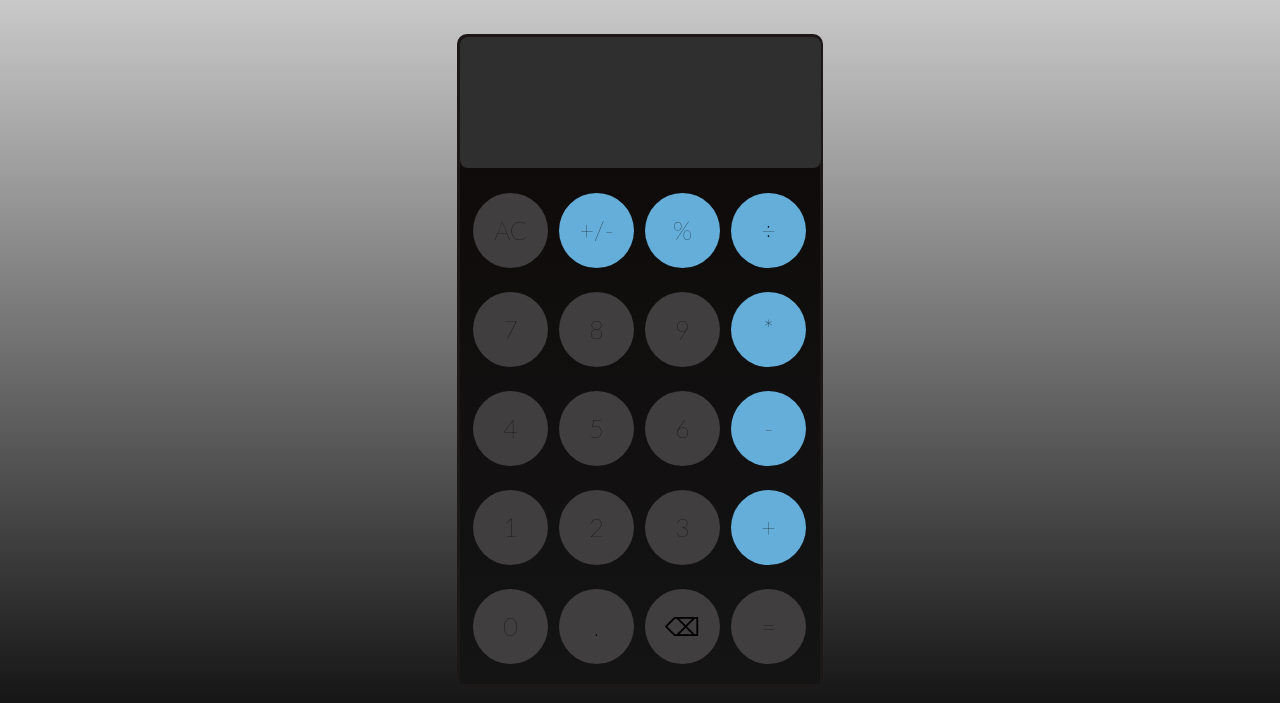
Repository: MhlengiNgubane/BrainnestJsTwo
Page: index.html
The author's editor kept a copy of each file at every save. The page is drawn from the files as they stood at one save, then again after the next save.
The browser window is 1280 px wide. The pictures show the whole page.

Above is the page before, as saved 2022-09-12 09:55:41.

### index.html
<!DOCTYPE html>
<html lang="en">
<head>
    <meta charset="UTF-8">
    <meta http-equiv="X-UA-Compatible" content="IE=edge">
    <meta name="viewport" content="width=device-width, initial-scale=1.0">
    <title>CALCULATOR</title>

    <link rel="stylesheet" href="style.css">
</head>
    <body>
            <div class="container">
                <input type="text" class="input" value="" disabled />
                <div class="buttons">
                    <button value="AC" class="ac clear">AC</button>
                    <button value="+/-" class="oper plusMinus">+/-</button>
                    <button value="%" class="oper percent">%</button>
                    <button value="/" class="oper operator">&divide</button>

                    <button value="7" class="number">7</button>
                    <button value="8" class="number">8</button>
                    <button value="9" class="number">9</button>
                    <button value="*" class="oper operator">*</button>

                    <button value="4" class="number">4</button>
                    <button value="5" class="number">5</button>
                    <button value="6" class="number">6</button>
                    <button value="-" class="oper operator">-</button>

                    <button value="1" class="number">1</button>
                    <button value="2" class="number">2</button>
                    <button value="3" class="number">3</button>
                    <button value="+" class="oper operator">+</button>

                    <button value="0" class="zero number">0</button>
                    <button value="." class="decimal">.</button>
                    <button value="DEL" class="delete">⌫</button>
                    <button value="=" class="equal operator">=</button>
                </div>
            </div>

        <script src="App.js"></script>
    </body>
</html>

### style.css
* {
    border: 0;
    margin: 0;
    padding: 0;
    font-family: 'lato';
    font-weight: 100;
}

body{
    font-family: 'Roboto';
    font-weight: 400;
    background: linear-gradient(360deg, #141414 1.56%, rgba(0, 0, 0, 0.21) 100%);
    width: 100%;
    height: 100vh;
    display: flex;
    flex-direction: column;
    align-items: center;
    justify-content: center;
}



.container{
    align-items: center;
    margin: auto;
    margin-top: 60px;
    width: 360px;
    border: 20px;
    border: 3px solid #1d1818;
    background-color: #130e0e;
    border-radius: 10px;
    margin-bottom: 60px;
}

.input{
    position: relative;
    width: 355px;
    height: 125px;
    border: 3px solid #2f2f2f;
    text-align: right;
    border-radius: 8px;
    background-color: #2f2f2f;
    color: #fff;
    font-size: 60px;
}

.buttons{
    display: grid;
    grid-template-columns: repeat(4, 1fr);
    row-gap: 10px;
    column-gap: 10px;
    background: linear-gradient(360deg, #141414 1.56%, rgba(0, 0, 0, 0.21) 100%);
    padding: 18px 13px 13px 13px;
}

button{
    border: 1;
    outline: none;
    height: 75px;
    width: 75px;
    border-radius: 70px;
    text-align: center;
    margin-top: 7px;
    margin-bottom: 7px;
    font-size: 25px;
    background-color: #403e3e;
}

.oper {
    background-color: #64aed9;
}

### App.js
function add(firstNumber, secondNumber){
  return firstNumber + secondNumber;
}
function subtract(firstNumber, secondNumber){
  return firstNumber - secondNumber;
}
function multiply(firstNumber, secondNumber){
  return firstNumber * secondNumber;
}
function divide(firstNumber, secondNumber){
  return firstNumber / secondNumber;
}
function operate(operator, firstNumber, secondNumber){
  if(operator === '+'){
      return add(firstNumber, secondNumber);
  }
  else if(operator === '-'){
      return subtract(firstNumber, secondNumber);
  }
  else if(operator === '*'){
      return multiply(firstNumber, secondNumber);
  }
  else if(operator === '/'){
      return divide(firstNumber, secondNumber);
  }
  return secondNumber;
}

const display = document.querySelector('.input');

const calculator = {
  displayValue: '0',
  firstNumber: null,
  operator: null,
  secondNumber: false,
};

function clear() {
  calculator.displayValue = '0';
  calculator.firstNumber = null;
  calculator.operator = null;
  calculator.secondNumber = false;
}

function updateDisplay() {
  display.value = calculator.displayValue;
}

const buttons = document.querySelector('.buttons');
buttons.addEventListener('click', (e) => {
const target = e.target;

  if (!target.matches('button')) {
      return;
  }

  if (target.classList.contains('clear')) {
      clear();
      updateDisplay();
      return;
  }

  if (target.classList.contains('delete')) {
      undo();
      return;
  }

  if (target.classList.contains('plusMinus')) {
      plusMinus();
      return;
  }

  if (target.classList.contains('percent')) {
      percentage();
      return;
  }

  if (target.classList.contains('decimal')) {
      decimal(target.value);
      updateDisplay();
      return;
  }

  if (target.classList.contains('operator')) {
      calculate(target.value);
      updateDisplay();
      return;
  }

      displayNumber(target.value);
      updateDisplay();
});

function undo(){
  display.value = display.value.slice(0, -1);
  calculator.displayValue = display.value;
}

function plusMinus(){
  let displayPlusMinus = calculator.displayValue;
  if(displayPlusMinus >= 0){
      display.value = '-' + displayPlusMinus;
  }
  calculator.displayValue = display.value;
}

function percentage(){
  let displayPercent = calculator.displayValue;
  if(displayPercent != 0){
      display.value = displayPercent / 100;
  }
 calculator.displayValue = display.value;
}

function decimal(dot) {
  if (calculator.secondNumber === true) {
      calculator.displayValue = '0.'
      calculator.secondNumber = false;
      return
  }
  if (!calculator.displayValue.includes(dot)) {
      calculator.displayValue += dot;
  }
}

function displayNumber(number) {
  let displayValue = calculator.displayValue;
  const secondNumber = calculator.secondNumber;

  if (secondNumber === true) {
      calculator.displayValue = number;
      calculator.secondNumber = false;
  }
  else if(displayValue === '0'){
      calculator.displayValue = number;
  }
  else{
      calculator.displayValue = displayValue + number;
  }
}

function calculate(inputOperator) {
  const firstNumber = calculator.firstNumber;
  const displayValue = calculator.displayValue;
  const operator  = calculator.operator;

  const inputValue = parseFloat(displayValue);

  if (operator && calculator.secondNumber)  {
      calculator.operator = inputOperator;
      return;
    }

  if (firstNumber == null) {
      calculator.firstNumber = inputValue;

  } else if (operator) {
      const result = operate(operator, firstNumber, inputValue);
      calculator.displayValue = `${parseFloat(result.toFixed(6))}`;
      calculator.firstNumber = result;
  }
  calculator.secondNumber = true;
  calculator.operator = inputOperator;
  console.log(calculator);
}

After the next save:
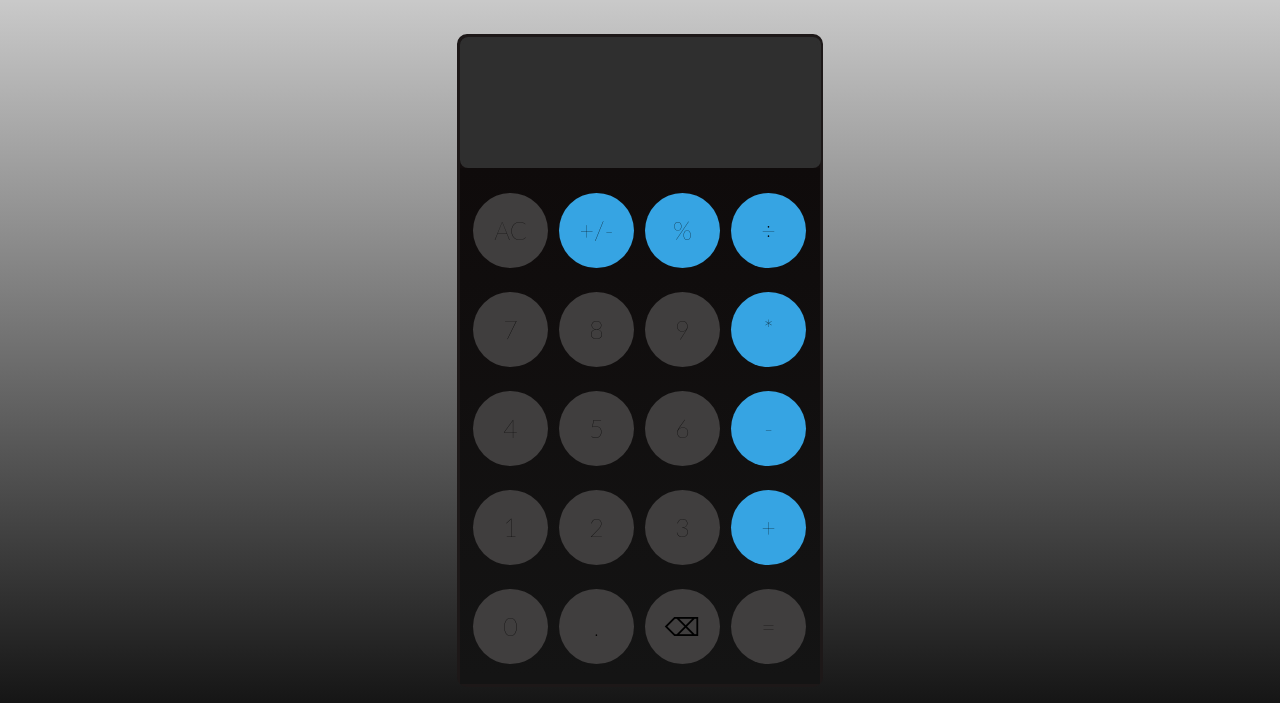
Saved 4 s later.
--- a/style.css
+++ b/style.css
@@ -67,5 +67,5 @@ button{
 }
 
 .oper {
-    background-color: #64aed9;
+    background-color: #36a4e3;
 }
